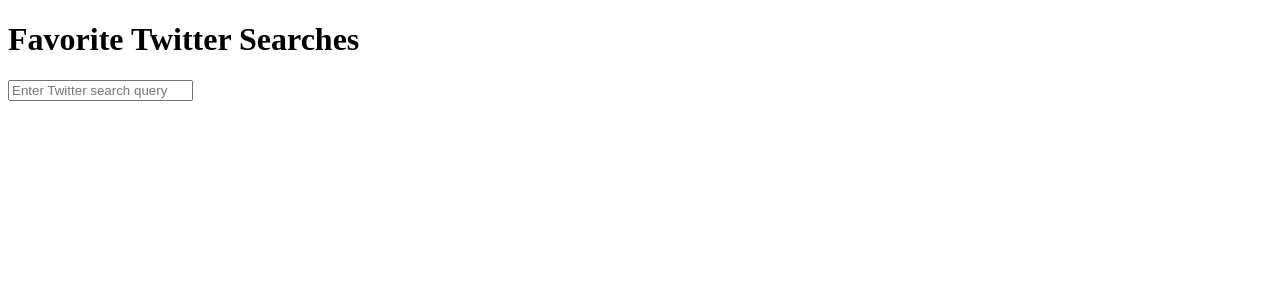
Repository: mlmEFSC21/P19-Favorite-Twitter-Searches
Page: twitterSearches.html
These files come from the project's save history. The page is drawn as it stood at one moment and after the next save; the edit follows.
The browser window is 1280 px wide. The pictures show the whole page.

Above is the page before, as saved 2022-04-06 14:57:21.

After the next save:
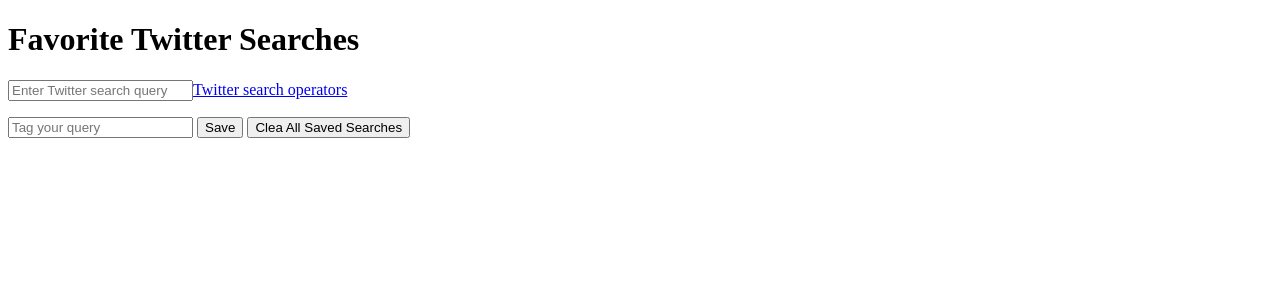
Saved 14 min 7 s later.
--- a/twitterSearches.html
+++ b/twitterSearches.html
@@ -18,7 +18,13 @@
             <p>
                 <input type="text" name="" id="query" placeholder="Enter Twitter search query" /><a
                     href="https://dev.twitter.com/docs/using-search"
-                ></a>
+                    >Twitter search operators</a
+                >
+            </p>
+            <p>
+                <input type="text" name="" id="tag" placeholder="Tag your query" />
+                <input type="button" value="Save" id="saveButton" />
+                <input type="button" value="Clea All Saved Searches" id="clearButton" />
             </p>
         </form>
     </body>
